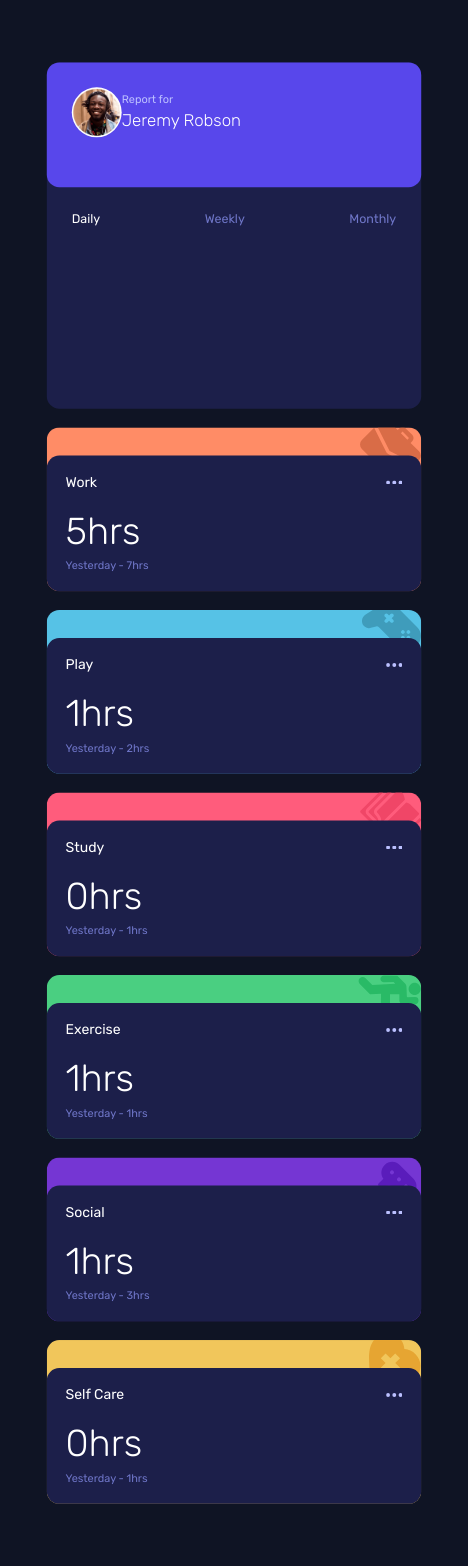
Repository: Jay-JYKim91/FM_time-tracking-dashboard
Page: index.html
An editor plug-in stored every save of this project. The page is shown before and after the next save, followed by the edit.
The browser window is 600 px wide. The pictures show the whole page, at 78% of full size.

Above is the page before, as saved 2021-12-19 22:54:52.

### index.html
<!DOCTYPE html>
<html lang="en">
<head>
  <meta charset="UTF-8">
  <meta name="viewport" content="width=device-width, initial-scale=1.0"> <!-- displays site properly based on user's device -->

  <link rel="icon" type="image/png" sizes="32x32" href="./images/favicon-32x32.png">

  <title>Time tracking dashboard</title>
  <link rel="stylesheet" href="https://cdnjs.cloudflare.com/ajax/libs/normalize/8.0.1/normalize.min.css" integrity="sha512-NhSC1YmyruXifcj/KFRWoC561YpHpc5Jtzgvbuzx5VozKpWvQ+4nXhPdFgmx8xqexRcpAglTj9sIBWINXa8x5w==" crossorigin="anonymous" referrerpolicy="no-referrer" />
  <link rel="preconnect" href="https://fonts.googleapis.com">
  <link rel="preconnect" href="https://fonts.gstatic.com" crossorigin>
  <link href="https://fonts.googleapis.com/css2?family=Rubik:wght@300;400;500&display=swap" rel="stylesheet">
  <link rel="stylesheet" href="style.css">
  <script src="main.js" defer></script>
</head>
<body>
  <section class="container">
    <article class="card profile-card">
        <div class="profile-card--name">
          <div class="profile-img-box">
            <img src="./images/image-jeremy.png" alt="jeremy" class="profile-img">
          </div>
          <div>
            <p>Report for</p>
            <p class="name">Jeremy Robson</p>
          </div>
        </div>
        <div class="option">
          <input type="radio" name="period" value="daily" id="daily"  data-time="date" checked>
          <label for="daily" class="change-duration" id="daily-label">Daily</label>
          <input type="radio" name="period" value="weekly" id="weekly" data-time="week">
          <label for="weekly" class="change-duration" id="weekly-label">Weekly</label>
          <input type="radio" name="period" value="monthly" id="monthly" data-time="month">
          <label for="monthly" class="change-duration" id="monthly-label">Monthly</label>
        </div>
        <!-- <ul>
          <li>Daily</li>
          <li><a href="">Weekly</a></li>
          <li><a href="">Monthly</a></li>
        </ul> -->
    </article>
    <article class="card feature-card work-bg">
      <div class="card feature-card--text">
        <div class="title-wrapper">
          <p class="title">Work</p>
          <img src="./images/icon-ellipsis.svg" alt="ellipsis">
        </div>
        <p class="time"></p>
        <p class="previous-time"></p>
      </div>
    </article>
    <article class="card feature-card play-bg">
      <div class="card feature-card--text">
        <div class="title-wrapper">
          <p class="title">Play</p>
          <img src="./images/icon-ellipsis.svg" alt="ellipsis">
        </div>
        <p class="time"></p>
        <p class="previous-time"></p>
      </div>
    </article>
    <article class="card feature-card study-bg">
      <div class="card feature-card--text">
        <div class="title-wrapper">
          <p class="title">Study</p>
          <img src="./images/icon-ellipsis.svg" alt="ellipsis">
        </div>
        <p class="time"></p>
        <p class="previous-time"></p>
      </div>
    </article>
    <article class="card feature-card exercise-bg">
      <div class="card feature-card--text">
        <div class="title-wrapper">
          <p class="title">Exercise</p>
          <img src="./images/icon-ellipsis.svg" alt="ellipsis">
        </div>
        <p class="time"></p>
        <p class="previous-time"></p>
      </div>
    </article>
    <article class="card feature-card social-bg">
      <div class="card feature-card--text">
        <div class="title-wrapper">
          <p class="title">Social</p>
          <img src="./images/icon-ellipsis.svg" alt="ellipsis">
        </div>
        <p class="time"></p>
        <p class="previous-time"></p>
      </div>
    </article>
    <article class="card feature-card self-care-bg">
      <div class="card feature-card--text">
        <div class="title-wrapper">
          <p class="title">Self Care</p>
          <img src="./images/icon-ellipsis.svg" alt="ellipsis">
        </div>
        <p class="time"></p>
        <p class="previous-time"></p>
      </div>
    </article>
  </section>








  <!-- <div class="attribution">
    Challenge by <a href="https://www.frontendmentor.io?ref=challenge" target="_blank">Frontend Mentor</a>.
    Coded by <a href="#">Your Name Here</a>.
  </div> -->
</body>
</html>

### style.css
:root {
  --body-font: "Rubik", sans-serif;

  --blue: hsl(246, 80%, 60%);
  --light-red-work: hsl(15, 100%, 70%);
  --soft-blue-play: hsl(195, 74%, 62%);
  --light-red-study: hsl(348, 100%, 68%);
  --lime-green-exercise: hsl(145, 58%, 55%);
  --violet-social: hsl(264, 64%, 52%);
  --soft-orange-self-care: hsl(43, 84%, 65%);
  --very-dark-blue: hsl(226, 43%, 10%);
  --dark-blue: hsl(235, 46%, 20%);
  --desaturated-blue: hsl(235, 45%, 61%);
  --pale-blue: hsl(236, 100%, 87%);
}
body {
  background-color: var(--very-dark-blue);
  color: white;
  font-family: var(--body-font);
}
a {
  text-decoration: none;
  color: white;
}
p {
  margin: 0;
}
.container {
  width: 80vw;
  margin: 20vh auto;
  max-width: 1152px;
  display: grid;
  grid-template-columns: repeat(4, 1fr);
  gap: 1.5em;
}
.card {
  border-radius: 1em;
  background-color: var(--dark-blue);
  min-width: 192px;
  box-sizing: border-box;
}
.profile-card {
  grid-row: 1 / 3;
}
/* .profile-card ul {
  list-style: none;
  padding-left: 2em;
  margin: 2em 0;
} */
.option {
  display: grid;
  padding: 2em;
  grid-gap: 1em;
}
.option input[type="radio"] {
  display: none;
}
.option input[type="radio"]:checked + label {
  color: white;
}
.option label {
  color: var(--desaturated-blue);
  cursor: pointer;
}
.profile-card--name {
  background-color: var(--blue);
  padding: 2em;
  border-radius: 1em;
}
.profile-card--name p {
  color: var(--pale-blue);
  margin: 0;
  font-size: 14px;
}
.profile-card--name .name {
  color: white;
  font-size: 2rem;
  font-weight: 300;
  margin: 0.3em 0 1.5em 0;
}
.profile-img-box {
  width: 64px;
  height: 64px;
  border-radius: 50%;
  background-color: white;
  margin-bottom: 2em;
}
.profile-img {
  width: 60px;
  margin: 2px;
}
.profile-card li {
  margin-bottom: 1em;
}
.profile-card li a {
  font-size: 18px;
  color: var(--desaturated-blue);
}
.feature-card {
  position: relative;
  background-repeat: no-repeat;
  background-position: top right;
  background-position-y: -10px;
}
.feature-card--text {
  position: absolute;
  bottom: 0;
  width: -webkit-fill-available;
  padding: 1.5em;
}
.title-wrapper {
  display: flex;
  justify-content: space-between;
  align-items: center;
}
.title-wrapper .title {
  font-size: 1.125rem;
  font-weight: 400;
  margin: 0;
}
.title-wrapper img {
  /* height: fit-content; */
}
.time {
  font-size: 3rem;
  margin: 0.5em 0 0.2em 0;
  font-weight: 300;
}
.previous-time {
  color: var(--desaturated-blue);
  font-size: 14px;
}

.work-bg {
  background-image: url("./images/icon-work.svg");
  background-color: var(--light-red-work);
}
.play-bg {
  background-image: url("./images/icon-play.svg");
  background-color: var(--soft-blue-play);
}
.exercise-bg {
  background-image: url("./images/icon-exercise.svg");
  background-color: var(--lime-green-exercise);
  background-position-y: 0;
}
.self-care-bg {
  background-image: url("./images/icon-self-care.svg");
  background-color: var(--soft-orange-self-care);
}
.social-bg {
  background-image: url("./images/icon-social.svg");
  background-color: var(--violet-social);
  background-position-y: 0;
}
.study-bg {
  background-image: url("./images/icon-study.svg");
  background-color: var(--light-red-study);
}

/* Tablet size */
@media (min-width: 768px) and (max-width: 1023px) {
  .container {
    grid-template-columns: repeat(3, 1fr);
    grid-template-rows: repeat(3, 1fr);
  }
  .social-bg {
    grid-column: 2 / 3;
    grid-row: 3 / 4;
  }
  .self-care-bg {
    grid-column: 3 / 4;
    grid-row: 3 / 4;
  }
}

/* Mobile size */
@media (max-width: 767px) {
  .container {
    grid-template-columns: 100%;
    grid-template-rows: repeat(7, 1fr);
    margin: 10vh auto;
  }
  .profile-img-box {
    /* margin-bottom: 0;
    margin-right: 1em; */
  }
  .profile-card--name {
    display: flex;
    align-items: center;
  }
  .profile-card--name .name {
    /* margin-bottom: 0; */
    font-size: 1.35rem;
  }
  .option {
    display: flex;
    justify-content: space-between;
  }
  .feature-card {
    height: 210px;
  }
}

### main.js
const defaultCurrent = document.getElementsByClassName('time');
const defaultPrevious = document.getElementsByClassName('previous-time');
let dailyCurrentList   = [];
let dailyPreviousList  = [];
let weeklyCurrentList  = [];
let weeklyPreviousList = [];
let monthlyCurrentList = [];
let monthlyPreviousList = [];

// Get data
fetch('./data.json')
.then(response => response.json())
.then(json_data =>  {
  json_data.forEach(element => {
    dailyCurrentList.push(element.timeframes.daily.current);
    dailyPreviousList.push(element.timeframes.daily.previous);
    weeklyCurrentList.push(element.timeframes.weekly.current);
    weeklyPreviousList.push(element.timeframes.weekly.previous);
    monthlyCurrentList.push(element.timeframes.monthly.current);
    monthlyPreviousList.push(element.timeframes.monthly.previous);
  })
})
.then(() => {
    for (let i = 0; i < dailyCurrentList.length; i++) {
        defaultCurrent[i].innerText = dailyCurrentList[i] + 'hrs';
        defaultPrevious[i].innerText = 'Yesterday - ' + dailyPreviousList[i] + 'hrs';
    }
})

// Display data
let periodOptionList = document.getElementsByName('period');

periodOptionList.forEach(periodOption => {
    periodOption.addEventListener('click', function() {
        if (periodOption.checked) {
            displayData(periodOption.value);
        }
    })
})

//
function displayData(period) {{
    let curList;
    let prevList;
    let detailText;

    switch (period) {
        case 'daily':
            curList = dailyCurrentList;
            prevList = dailyPreviousList;
            detailText = "Yesterday";
            break;
        case 'weekly':
            curList = weeklyCurrentList;
            prevList = weeklyPreviousList;
            detailText = "Last week";
            break;
        case 'monthly':
            curList = monthlyCurrentList;
            prevList = monthlyPreviousList;
            detailText = "Last month";
            break;
    }
    // console.log(curList);
    // console.log(detailText);
    for (let i = 0; i < dailyPreviousList.length; i++) {
        // console.log(curList[i]);
        defaultCurrent[i].innerText = curList[i] + 'hrs';
        defaultPrevious[i].innerText = detailText + ' - ' + prevList[i] + 'hrs';
    }
}}

Loaded but not shown: data.json (common file)

After the next save:
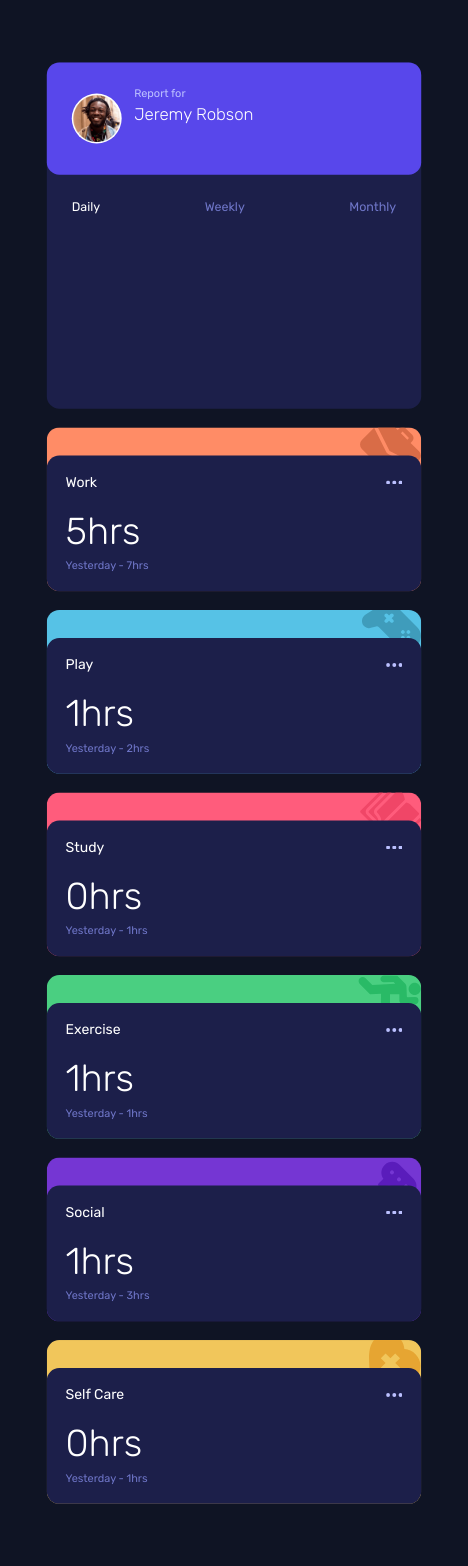
Saved 5 s later.
--- a/style.css
+++ b/style.css
@@ -182,8 +182,8 @@ p {
     margin: 10vh auto;
   }
   .profile-img-box {
-    /* margin-bottom: 0;
-    margin-right: 1em; */
+    margin-bottom: 0;
+    margin-right: 1em;
   }
   .profile-card--name {
     display: flex;
